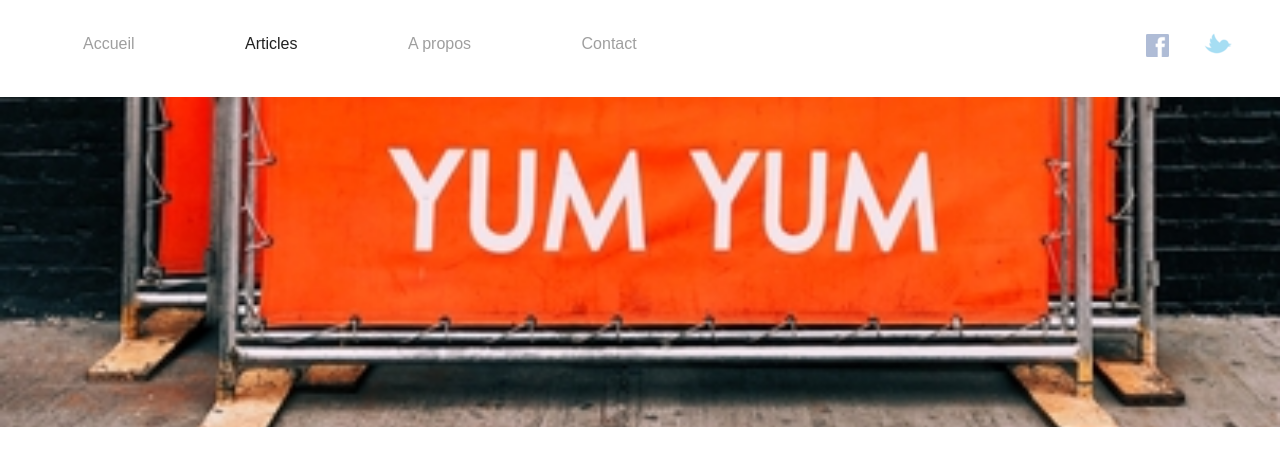
Repository: Elie-Dey/blog-train
Page: index.html
The author's editor kept a copy of each file at every save. The page is drawn from the files as they stood at one save, then again after the next save.
The browser window is 1280 px wide. The pictures show the whole page.

Above is the page before, as saved 2020-06-17 01:00:07.

After the next save:
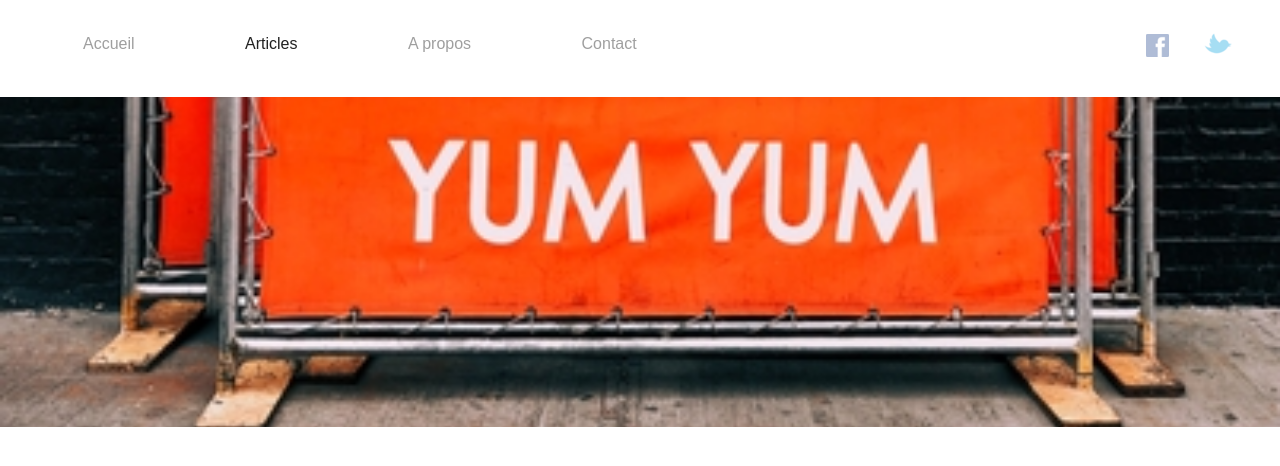
Saved 48 s later.
--- a/style.css
+++ b/style.css
@@ -49,8 +49,7 @@ body
 
 .banniere {
     height: 427px;
-    background: url("images/banniere.jpg");
-    background-repeat: no-repeat;
-    background-size: cover;
+    background: no-repeat center center / cover url("images/banniere.jpg");
+
 
 }
